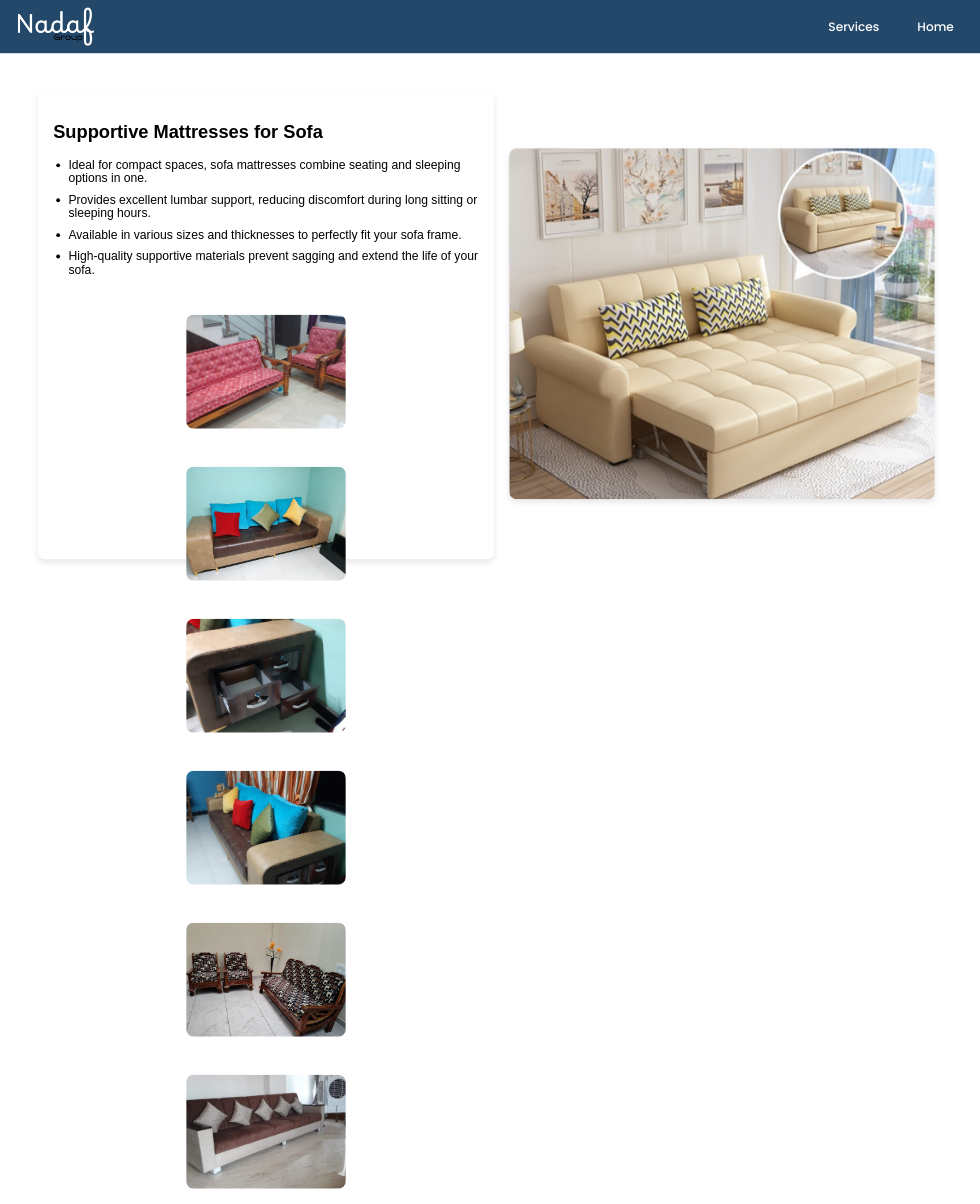
Repository: nadafgroup/rashidgadiUI
Page: src/sofa.html
The author's editor kept a copy of each file at every save. The page is drawn from the files as they stood at one save, then again after the next save.
The browser window is 1280 px wide. The page is 1290 px wide, so the pictures cover 1290 px, including what lies to the right of the window. The pictures show the whole page, at 76% of full size.

Above is the page before, as saved 2025-01-30 17:40:25.

### src/sofa.html
<!DOCTYPE html>
<html lang="en">
<head>
    <meta charset="UTF-8">
    <meta name="viewport" content="width=device-width, initial-scale=1.0">
    <title>Mattresses</title>
    <link rel="stylesheet" href="./products.css">
</head>
<body>
    <header>

        <div class="logo">
            <img src="../assets/img/logo2.png" class="logo" alt="">
        </div>

        <div class="nav-right">
            <ul>


                <li class="dropdown">
                    <a href="#" class="dropbtn">Services</a>
                    <div class="dropdown-content">
                        <a href="./bed.html">Bed Mattresses</a>
                        <a href="./pillow.html">Pillow Mattresses</a>
                        <a href="./sofa.html">Sofa Mattresses</a>
                        <a href="./repair.html">Mattresses Repair </a>
                        <a href="./rent.html">Mattresses Rent</a>
                        <a href="./furniture.html">Furniture</a>
                    </div>
                </li>
                <li><a href="./home.html">Home</a></li>
            </ul>
        </div>

    </header>

    <div class="container">
        <div class="info" style="height: 80vh;">
            <h2>Supportive Mattresses for Sofa</h2>
            <ul>
                <li>Ideal for compact spaces, sofa mattresses combine seating and sleeping options in one.</li>
                <li>Provides excellent lumbar support, reducing discomfort during long sitting or sleeping hours.</li>
                <li>Available in various sizes and thicknesses to perfectly fit your sofa frame.</li>
                <li>High-quality supportive materials prevent sagging and extend the life of your sofa.</li>
            </ul>
            <div class="gallery">
                <img src="../assets/img/real img/1.jpeg" style="width: 210px;" alt="Gallery Image 1">
                <img src="../assets/img/real img/2.jpeg"  style="width: 210px;" alt="Gallery Image 2">
                <img src="../assets/img/real img/3.jpeg"  style="width: 210px;" alt="Gallery Image 3">
                <img src="../assets/img/real img/4.jpeg"  style="width: 210px;" alt="Gallery Image 4">
                <img src="../assets/img/real img/r4.webp"  style="width: 210px;" alt="Gallery Image r5">
                <img src="../assets/img/real img/r6.webp"  style="width: 210px;" alt="Gallery Image r6">
            </div>
        </div>

        <div class="image-container">
            <img src="../assets/img/luxury-sofa-cum-bed.webp" alt="Mattress">
        </div>
    </div>



    <!-- Modal for displaying images in full screen -->
    <div id="imageModal" class="modal">
        <span class="close" id="closeModal">&times;</span>
        <img class="modal-content" id="modalImage" alt="Full-size image">
    </div>

    <script src="./product.js"></script>
</body>
</html>

### src/products.css
@font-face {
    font-family: 'poppins';
    src: url('../assets/fonts/Poppins/Poppins-Medium.ttf') format('truetype');
}

@font-face {
    font-family: 'inter';
    src: url('../assets/fonts/Inter/Inter-VariableFont_opsz\,wght.ttf') format('truetype');
}

@font-face {
    font-family: 'Exo';
    src: url('../assets/fonts/Exo2-VariableFont_wght.ttf') format('truetype');
}

body {
    margin: 0;
    padding: 0;
    overflow-x: hidden; /* Prevent horizontal scrolling */
    font-family: Arial, sans-serif;
    display: flex;
    flex-direction: column;
    align-items: center;
    /* background: linear-gradient(to bottom, #f9f9f9, #e0e0e0); */
    height: 100vh;
}

header {
    width: 100%;
    padding: 10px;
    display: flex;
    justify-content: space-between;
    align-items: center;
    background-color: #23486A;
    color: white;
    font-size: 1rem;
}

.nav-right ul {
    display: flex;
    list-style: none;
    margin: 0;
    padding: 0;
}

.nav-right ul li {
    margin: 0 15px;
}

.nav-right ul li a {
    text-decoration: none;
    color: white;
    padding: 10px;
    transition: 0.3s;
    font-family: 'poppins';
}

.nav-right ul li a:hover {
    background-color: #5c6bc0;
    border-radius: 5px;
}

.nav-right ul li.dropdown {
    position: relative;
}

.nav-right ul li.dropdown:hover .dropdown-content {
    display: block;
}

.nav-right ul li .dropdown-content {
    display: none;
    position: absolute;
    background-color: #3f51b5;
    min-width: 160px;
    z-index: 1;
    border-radius: 5px;
}

.nav-right ul li .dropdown-content a {
    padding: 10px;
    color: white;
    text-decoration: none;
    display: block;
}

.nav-right ul li .dropdown-content a:hover {
    background-color: #5c6bc0;
}

.logo {
    width: auto;
    height: 50px;
    margin-left: 10px;
    margin-bottom: 0px;
}

.container {
    display: flex;
    flex-direction: row;
    justify-content: center;
    align-items: center;
    padding: 50px;
    gap: 20px;
}

.info {
    flex: 1;
    padding: 20px;
    background: white;
    border-radius: 10px;
    box-shadow: 0 4px 8px rgba(0, 0, 0, 0.1);
    animation: slideInLeft 1s;
}

.info ul {
    list-style: disc;
    padding-left: 20px;
}

.info ul li {
    margin: 10px 0;
}

.image-container {
    flex: 1;
    animation: slideInRight 1s;
}

.image-container img {
    width: 100%;
    border-radius: 10px;
    box-shadow: 0 4px 8px rgba(0, 0, 0, 0.1);
}

.gallery {
    width: 90%;
    margin: 30px auto;
    display: flex;
    flex-wrap: wrap;
    gap: 10px;
    justify-content: center;
    animation: fadeIn 1.5s;
}

.gallery img {
    width: 200px;
    height: 150px;
    object-fit: cover;
    border-radius: 10px;
    margin: 20px;
    transition: transform 0.3s;
}

.gallery img:hover {
    transform: scale(1.1);
}


.rent-gallery {
    width: 100%;
    display: flex;
    justify-content: center;
    flex-wrap: wrap;
    margin:30px auto ;
    animation: fadeIn 1.5s;
}

.rent-gallery .rent-img {
    width: 200px;
    height: 150px;
    object-fit: cover;
    border-radius: 10px;
    margin: 20px;
    margin-left: 0px;
    /* margin-top: 0px; */
    transition: transform 0.3s;
}

/* Modal Styles */
.modal {
    display: none; /* Hidden by default */
    position: fixed;
    z-index: 1; /* Sit on top */
    left: 0;
    top: 0;
    width: 100%; /* Full width */
    height: 100%; /* Full height */
    overflow: auto;
    background-color: rgb(0, 0, 0); /* Black background with opacity */
    background-color: rgba(0, 0, 0, 0.8); /* Transparent black */
    padding-top: 60px;
}

.modal-content {
    margin: auto;
    display: block;
    width: 80%;
    max-width: 700px;
    border-radius: 10px;
}

.close {
    color: #fff;
    font-size: 40px;
    font-weight: bold;
    position: absolute;
    top: 15px;
    right: 35px;
    cursor: pointer;
    transition: 0.3s;
}

.close:hover,
.close:focus {
    color: #f1f1f1;
    text-decoration: none;
    cursor: pointer;
}

@keyframes fadeIn {
    from { opacity: 0; }
    to { opacity: 1; }
}

@keyframes slideInLeft {
    from { transform: translateX(-100%); }
    to { transform: translateX(0); }
}

@keyframes slideInRight {
    from { transform: translateX(100%); }
    to { transform: translateX(0); }
}

/* Media Queries for Responsiveness */
@media (max-width: 768px) {
    .container {
        flex-direction: column; /* Switch to column layout */
        padding: 20px;
    }

    .info, .image-container {
        flex: none; /* Reset flex behavior */
        width: 100%;
    }

    .gallery img {
        width: 100%; /* Make gallery images take full width on small screens */
        height: auto;
    }
}

@media (max-width: 480px) {
    header {
        flex-direction: column;
        align-items: center;
    }

    .nav-right ul {
        flex-direction: column;
        align-items: center;
    }

    .nav-right ul li {
        margin: 10px 0;
    }

    .logo {
        margin: 10px 0;
    }
}

### src/product.js

        // Get the modal element
        var modal = document.getElementById("imageModal");
        var modalImg = document.getElementById("modalImage");
        var closeModal = document.getElementById("closeModal");

        // Get all gallery images
        var galleryImages = document.querySelectorAll(".gallery img");

        // Loop through the images and add click event to open in modal
        galleryImages.forEach(function(image) {
            image.onclick = function() {
                modal.style.display = "block";
                modalImg.src = this.src; // Set the clicked image as the modal image
            };
        });

        // Close the modal when user clicks on the close button
        closeModal.onclick = function() {
            modal.style.display = "none";
        };

        // Close the modal when user clicks anywhere outside the modal
        window.onclick = function(event) {
            if (event.target === modal) {
                modal.style.display = "none";
            }
        };

After the next save:
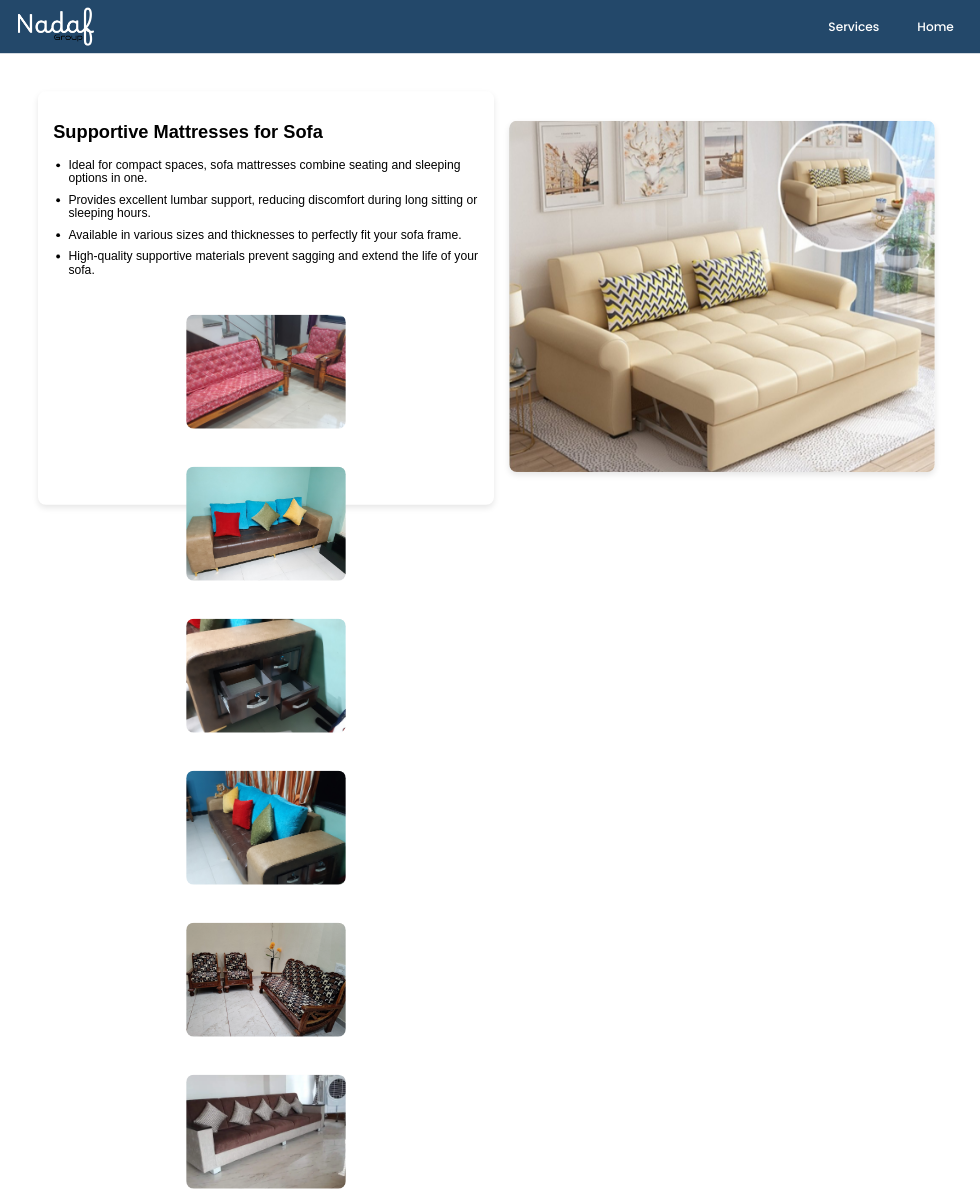
Saved 11 s later.
--- a/src/sofa.html
+++ b/src/sofa.html
@@ -35,7 +35,7 @@
     </header>
 
     <div class="container">
-        <div class="info" style="height: 80vh;">
+        <div class="info" style="height: 70vh;">
             <h2>Supportive Mattresses for Sofa</h2>
             <ul>
                 <li>Ideal for compact spaces, sofa mattresses combine seating and sleeping options in one.</li>
